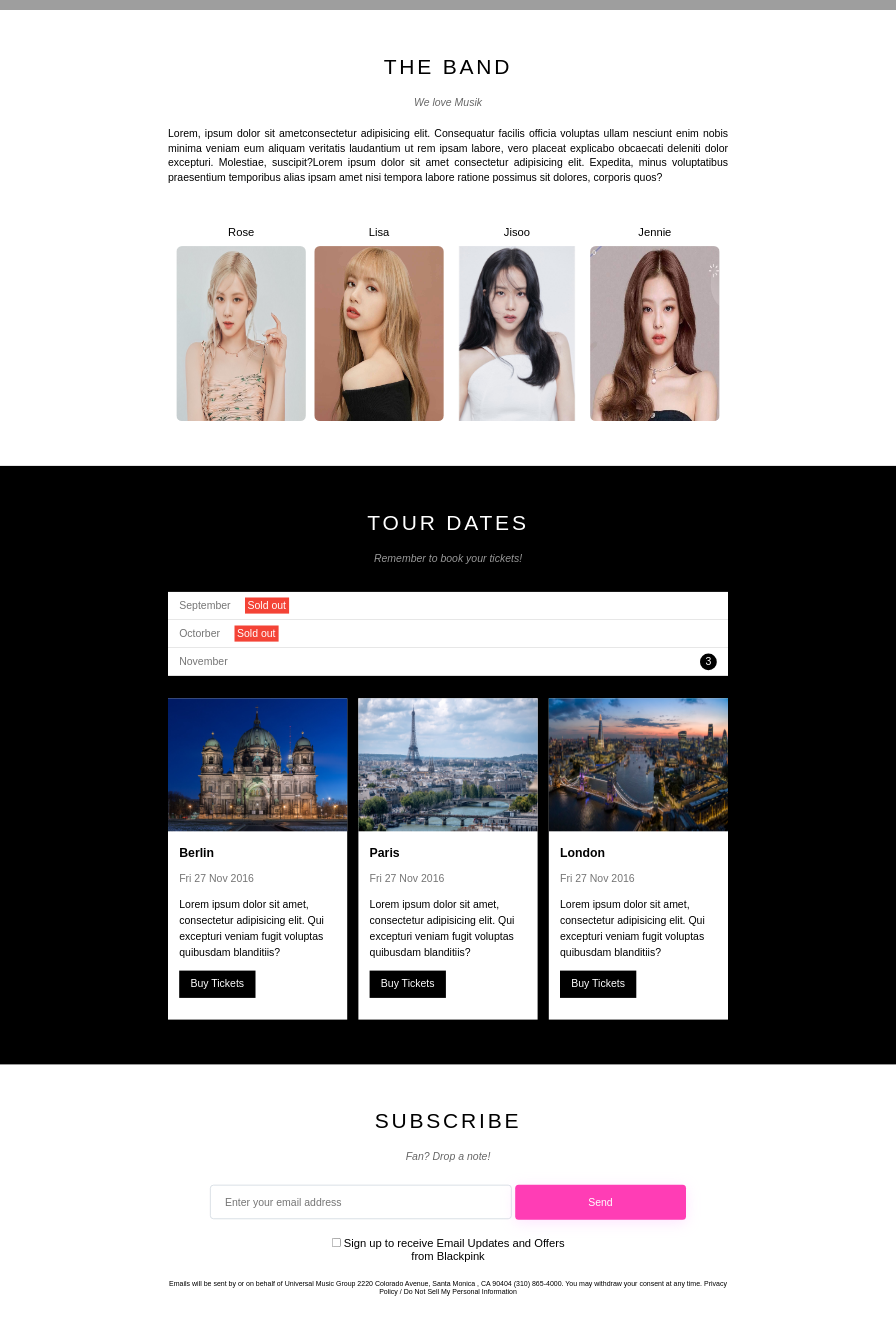
Repository: AiTrinh303/First-Project
Page: /
The author's editor kept a copy of each file at every save. The page is drawn from the files as they stood at one save, then again after the next save.
The browser window is 1280 px wide. The pictures show the part of the page from y = 672 to 2592 px (the page is 2586 px tall before and 2592 px after), at 70% of full size.
Pictures or frames that could not be fetched are drawn as grey boxes. The project was rebuilt for these pictures with package versions that can differ from the ones it lists, and the page was loaded fresh each time.

Above is the page before, as saved 2024-01-23 10:21:28.

### index.html
<!DOCTYPE html>
<html lang="en">
<head>
    <meta charset="UTF-8">
    <meta name="viewport" content="width=device-width, initial-scale=1.0">
    <title>Singer Website</title>
    <link rel="stylesheet" href="./fonts/themify-icons-font/themify-icons/themify-icons.css">
    <link rel="stylesheet" href="./src/styles/main.css">
</head>
<body>
   <div id="main">

        <div id="header">
            <ul id="nav">
                <li><a href="">Home</a></li>
                <li><a href="">Band</a></li>
                <li><a href="">Tour</a></li>
                <li><a href="">Contact</a></li>
                <li>
                    <a href="#">
                        More
                        <i class="nav-arrown-down ti-angle-down"></i>
                     </a>
                    <ul class="subnav">
                        <li><a href="">Merchandise</a></li>
                        <li><a href="">Extras</a></li>
                        <li><a href="">Media</a></li>
                    </ul>
                </li>
            </ul>

            <div class="search-btn">
                <i class="search-icon ti-search"></i>

            </div>
        </div>

        <div id="slider">

            <div class="text-content">
                <h2 class="text-heading">Black Pink</h2>
                <p class="text-description">Lorem ipsum dolor, sit amet consectetur adipisicing elit. Harum, nemo!</p>
            </div>

        </div>

        <div id="content">
            <!-- About Section -->
            <div class="content-section">
                <h2 class="section-heading">THE BAND</h2>
                <p class="section-sub-heading">We love Musik</p>
                <p class="about-text">Lorem, ipsum dolor sit ametconsectetur adipisicing elit. Consequatur facilis officia voluptas ullam nesciunt enim nobis minima veniam eum aliquam veritatis laudantium ut rem ipsam labore, vero placeat explicabo obcaecati deleniti dolor excepturi. Molestiae, suscipit?Lorem ipsum dolor sit amet consectetur adipisicing elit. Expedita, minus voluptatibus praesentium temporibus alias ipsam amet nisi tempora labore ratione possimus sit dolores, corporis quos?</p>

                <div class="members-list">
                    <div class="member-item">
                        <p class="member-name">Rose</p>
                        <img src="./src/img/rose.png " alt="Rose" class="member-img" >
                    </div>

                    <div class="member-item">
                        <p class="member-name">Lisa</p>
                        <img src="./src/img/Lisa2.jpg" alt="Lisa" class="member-img" >
                    </div>

                    <div class="member-item">
                        <p class="member-name">Jisoo</p>
                        <img src="./src/img/jisoo.jpeg" alt="Jisoo" class="member-img" >
                    </div>

                    <div class="member-item">
                        <p class="member-name">Jennie</p>
                        <img src="./src/img/Jennie.jpg" alt="Jennie" class="member-img" >
                    </div>
                </div>
            </div>

            <!-- Tour Section -->
            <div class="tour-section">

                <div class="content-section">
                    <h2 class="section-heading text-white">TOUR DATES</h2>
                    <p class="section-sub-heading text-white">Remember to book your tickets!</p>

                    <ul class="tickets-list">
                        <li>September <span class="sold-out">Sold out</span></li>
                        <li>Octorber <span class="sold-out">Sold out</span></li>
                        <li>November <span class="quantity">3</span></li>
                    </ul>

                    <div class="places-list">
                        <div class="place-item">
                            <img src="./src/img/Berlin.jpg" alt="Berlin" class="place-img" >
                            <div class="place-body">
                                <h3 class="place-heading">Berlin</h3>
                                <p class="place-time">Fri 27 Nov 2016</p>
                                <p class="place-desc">Lorem ipsum dolor sit amet, consectetur adipisicing elit. Qui excepturi veniam fugit voluptas quibusdam blanditiis?</p>
                                <a href="#" class="place-btn">Buy Tickets</a>
                            </div>
                        </div>

                        <div class="place-item">
                            <img src="./src/img/Paris.jpg" alt="Paris" class="place-img" >
                            <div class="place-body">
                                <h3 class="place-heading">Paris</h3>
                                <p class="place-time">Fri 27 Nov 2016</p>
                                <p class="place-desc">Lorem ipsum dolor sit amet, consectetur adipisicing elit. Qui excepturi veniam fugit voluptas quibusdam blanditiis?</p>
                                <a href="#" class="place-btn">Buy Tickets</a>
                            </div>
                        </div>

                        <div class="place-item">
                            <img src="./src/img/London.jpeg" alt="London" class="place-img">
                            <div class="place-body">
                                <h3 class="place-heading">London</h3>
                                <p class="place-time">Fri 27 Nov 2016</p>
                                <p class="place-desc">Lorem ipsum dolor sit amet, consectetur adipisicing elit. Qui excepturi veniam fugit voluptas quibusdam blanditiis?</p>
                                <a href="#" class="place-btn">Buy Tickets</a>
                            </div>
                        </div>
                    </div>
                </div>

            </div>

            <!-- Contact Section -->
            <!-- Contact -->
            <div id="contact">
                <div class="content-section">
                    <h2 class="section-heading">SUBSCRIBE</h2>
                    <p class="section-sub-heading">Fan? Drop a note!</p>
                    <div class="form-wrap">

                        <div class="form">
                            <input type="email" class="form__email" placeholder="Enter your email address" />
                            <button class="form__button">Send</button>
                        </div>
                        <div class="notice">
                            <input type="checkbox">
                            <span class="notice__copy">Sign up to receive Email Updates and Offers from Blackpink</span>
                        </div>
                        <p class="form-notice">Emails will be sent by or on behalf of Universal Music Group 2220 Colorado Avenue, Santa Monica , CA 90404 (310) 865-4000. You may withdraw your consent at any time. Privacy Policy / Do Not Sell My Personal Information</p>
                    </div>
                </div>
            </div>






        <div id="footer">

        </div>

   </div>
</body>
</html>

### src/styles/main.css
* {
  padding: 0;
  margin: 0;
  box-sizing: border-box;
}

html {
  scroll-behavior: smooth;
  font-family: Arial, Helvetica, sans-serif;
}

.text-white {
  color: white;
}

#header {
  height: 46px;
  background-color: #000;
  position: fixed;
  top: 0;
  left: 0;
  right: 0;
  z-index: 1;
}

#nav {
  display: inline-block;
}

#nav, .subnav {
  list-style: none;
}

#nav > li {
  display: inline-block;
}

#nav li {
  position: relative;
}

#nav > li > a {
  color: #fff;
  text-transform: uppercase;
}

#nav li a {
  color: #fff;
  text-decoration: none;
  line-height: 46px;
  padding: 0 24px;
  display: block;
}

#nav li:hover .subnav {
  display: block;
}

#nav > li:hover > a,
#nav .subnav li:hover a {
  color: #000;
  background-color: #ccc;
}

#nav .subnav {
  display: none;
  min-width: 160px;
  position: absolute;
  background-color: #fff;
  box-shadow: 0 0 10px rgba(0, 0, 0, 0.3);
  top: 100%;
  left: 0;
}

#nav .nav-arrown-down {
  font-size: 14px;
}

#nav .subnav a {
  color: #000;
  padding: 0 12px;
  line-height: 38px;
}

#header .search-btn {
  float: right;
  padding: 0 21px;
}

#header .search-btn:hover {
  background-color: #f44336;
  cursor: pointer;
}

#header .search-icon {
  color: #fff;
  font-size: 20px;
  line-height: 46px;
}

#slider {
  position: relative;
  margin-top: 46px;
  padding-top: 50%;
  background: url("../img/slider-1.jpg") center/100% no-repeat;
}

#slider .text-content {
  position: absolute;
  bottom: 47px;
  color: #fff;
  width: 100%;
  text-align: center;
}

#slider .text-heading {
  font-weight: 500;
  font-size: 24px;
}

#slider .text-decoration {
  font-size: 15px;
  margin-top: 25px;
}

#content .content-section {
  width: 800px;
  padding: 64px 0;
  margin-left: auto;
  margin-right: auto;
}

#content .section-heading {
  font-size: 30px;
  font-weight: 500;
  letter-spacing: 4px;
  text-align: center;
}

#content .section-sub-heading {
  font-size: 15px;
  margin-top: 25px;
  text-align: center;
  font-style: italic;
  opacity: 0.6;
}

#content .about-text {
  margin-top: 25px;
  font-size: 15px;
  text-align: justify;
  line-height: 1.4;
}

#content .member-item {
  display: flex;
  flex-direction: column;
  align-items: center;
}

#content .member-name {
  line-height: 2.5;
}

#content .members-list {
  margin-top: 48px;
  display: flex;
  justify-content: space-evenly;
}

#content .member-img {
  width: 185px;
  min-height: 250px;
  border-radius: 8px;
}

.tour-section {
  background: #000;
}

.tickets-list {
  background-color: #fff;
  margin-top: 40px;
}

.tickets-list li {
  font-size: 15px;
  color: #757575;
  padding: 11px 16px;
  border-bottom: 1px solid #ddd;
  list-style-type: none;
}

.tickets-list .sold-out {
  background-color: #f44336;
  color: #fff;
  padding: 3px 4px;
  margin-left: 16px;
}

.tickets-list .quantity {
  float: right;
  width: 24px;
  height: 24px;
  background-color: #000;
  color: #fff;
  border-radius: 50%;
  text-align: center;
  line-height: 24px;
  margin-top: -3px;
}

.places-list {
  display: flex;
  gap: 16px;
  justify-content: space-between;
  margin-top: 32px;
}

.places-list .place-item {
  background-color: #fff;
}

.places-list .place-img {
  width: 100%;
  height: 190px;
}

.places-list .place-img:hover {
  opacity: 0.6;
  cursor: pointer;
}

.places-list .place-body {
  padding: 15px 16px;
  min-height: 205px;
  font-size: 15px;
  line-height: 22.5px;
}

.place-body .place-heading {
  font-weight: 700;
}

.place-body .place-time {
  margin: 15px 0;
  color: #757575;
}

.place-body .place-btn {
  align-items: flex-start;
  background-color: #000;
  display: inline-block;
  font-size: 15px;
  line-height: 22.5px;
  margin: 15px 0px 16px 0px;
  padding: 8px 16px;
  text-align: center;
  color: #fff;
  text-decoration: none;
}

.place-body .place-btn:hover {
  color: #000;
  background-color: #ccc;
}


/* contact form */

.form-wrap{

  margin-top: 32px;
  text-align: center;
  display: flex;
  flex-direction: column;
  align-items: center;

}
.form {
margin-bottom: 25px;
}

.form__email {
padding: 15px 20px;
border-radius: 5px;
border: 1px solid #CAD3DB;
width: 431px;
font-size: 15px;
color: #0F121F;
}

.form__email:focus {
outline: 1px solid #ff3db5;
}

.form__button {
background: #ff3db5;
padding: 5px;
border: none;
width: 244px;
height: 50px;
border-radius: 5px;
font-size: 15px;
color: white;
box-shadow: 0 4px 20px rgba(254, 216, 255, 0.7);
}

.form__button:hover {
box-shadow: 0 10px 20px rgba(254, 216, 255, 0.7);
}

.notice {
width: 345px;
}

.form-notice{
  font-size: 10px;
  margin-top: 25px;
}

#footer{

}

Loaded but not shown: fonts/themify-icons-font/themify-icons/themify-icons.css (common file)

After the next save:
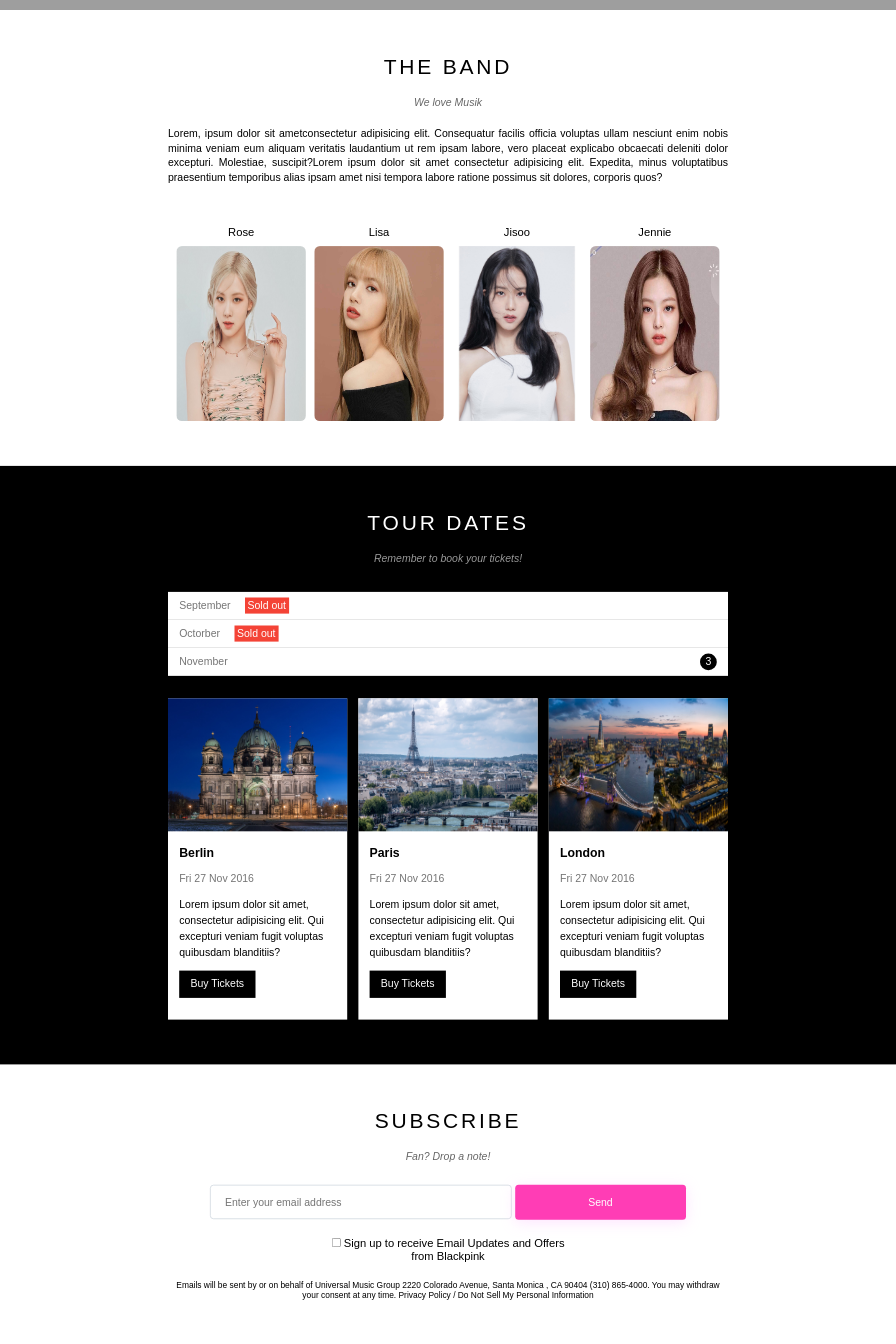
Saved 8 s later.
--- a/src/styles/main.css
+++ b/src/styles/main.css
@@ -315,7 +315,7 @@ width: 345px;
 }
 
 .form-notice{
-  font-size: 10px;
+  font-size: 12px;
   margin-top: 25px;
 }
 
